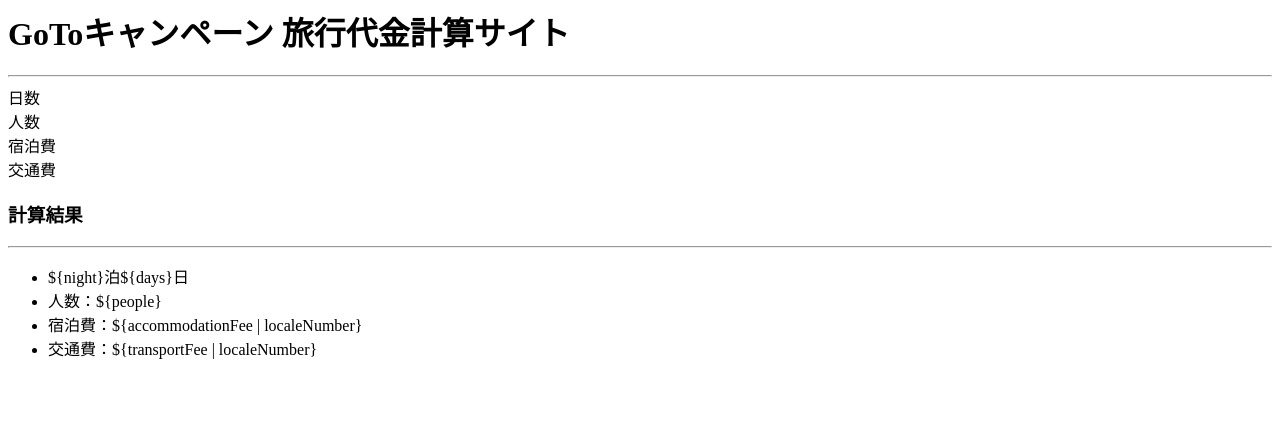
Repository: Ischca/ischca.github.io
Page: src/my-app.html
An editor plug-in stored every save of this project. The page is shown before and after the next save, followed by the edit.
The browser window is 1280 px wide. The pictures show the whole page.

Above is the page before, as saved 2020-10-02 16:06:05.

### src/my-app.html
<div class="container">

    <div class="row">
        <h1 class="text-center">GoToキャンペーン 旅行代金計算サイト</h1>
    </div>

    <hr />

    <div class="row">
        <label for="staticEmail" class="offset-sm-4 col-sm-1 col-form-label font-weight-bold">日数</label>
        <div class="col-sm-2">
            <num-selector num.bind="night" suffix.bind="'泊'"></num-selector>
        </div>

        <div class="col-sm-2">
            <num-selector num.bind="days" suffix.bind="'日'"></num-selector>
        </div>
    </div>

    <div class="row">
        <label for="staticEmail" class="offset-sm-4 col-sm-1 col-form-label font-weight-bold">人数</label>
        <div class="col-sm-2">
            <num-selector num.bind="people" max.bind="100" suffix.bind="'人'"></num-selector>
        </div>
    </div>

    <div class="row">
        <label for="staticEmail" class="offset-sm-4 col-sm-1 col-form-label font-weight-bold">宿泊費</label>
        <div class="col-sm-2">
            <num-selector num.bind="accommodationFee" max.bind="10000000" suffix.bind="'円'"></num-selector>
        </div>
    </div>

    <div class="row">
        <label for="staticEmail" class="offset-sm-4 col-sm-1 col-form-label font-weight-bold">交通費</label>
        <div class="col-sm-2">
            <num-selector num.bind="transportFee" max.bind="10000000" suffix.bind="'円'"></num-selector>
        </div>
    </div>

    <h3 class="text-center mt-3">計算結果</h3>
    <hr/>

    <div id="result" class="text-center">
        <ul class="list-group list-group-flush">
            <li class="list-group-item">
                ${night}泊${days}日
            </li>
            <li class="list-group-item">
                人数：${people}
            </li>
            <li class="list-group-item">
                宿泊費：${accommodationFee | localeNumber}
            </li>
            <li class="list-group-item">
                交通費：${transportFee | localeNumber}
            </li>
        </ul>
    </div>
</div>

After the next save:
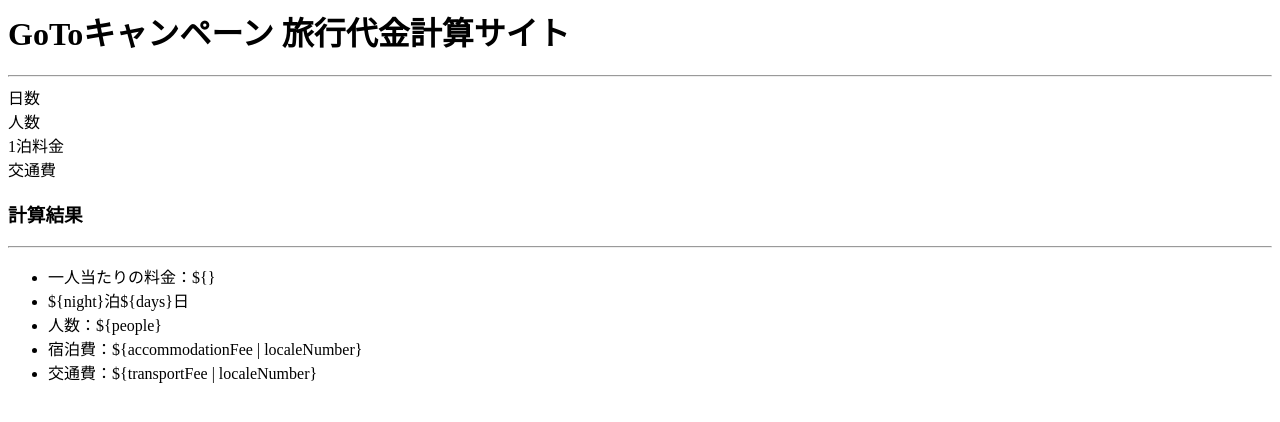
Saved 7 min 45 s later.
--- a/src/my-app.html
+++ b/src/my-app.html
@@ -25,7 +25,7 @@
     </div>
 
     <div class="row">
-        <label for="staticEmail" class="offset-sm-4 col-sm-1 col-form-label font-weight-bold">宿泊費</label>
+        <label for="staticEmail" class="offset-sm-4 col-sm-1 col-form-label font-weight-bold">1泊料金</label>
         <div class="col-sm-2">
             <num-selector num.bind="accommodationFee" max.bind="10000000" suffix.bind="'円'"></num-selector>
         </div>
@@ -44,6 +44,9 @@
     <div id="result" class="text-center">
         <ul class="list-group list-group-flush">
             <li class="list-group-item">
+                一人当たりの料金：${}
+            </li>
+            <li class="list-group-item">
                 ${night}泊${days}日
             </li>
             <li class="list-group-item">
